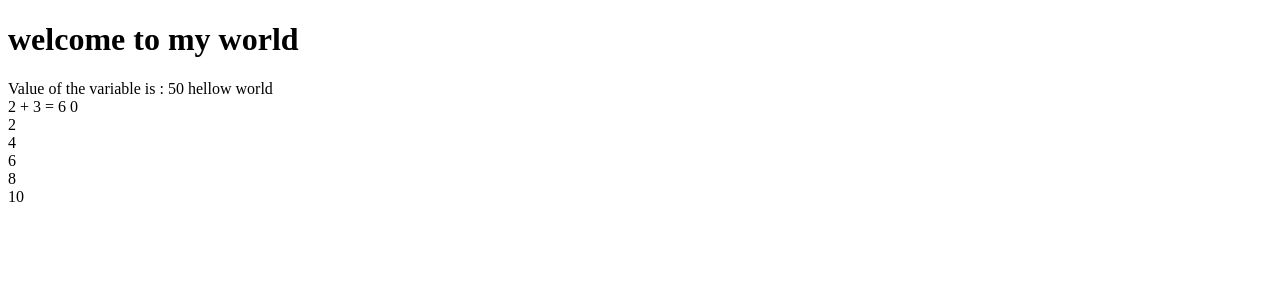
Repository: JeongYT/JSP
Page: http://localhost/jspproject/test1.jsp
These files come from the project's save history. The page is drawn as it stood at one moment and after the next save; the edit follows.
The browser window is 1280 px wide. The pictures show the whole page.
The page is served by Tomcat 9.

Above is the page before, as saved 2023-07-06 02:28:48.

### jspproject/src/main/webapp/test1.jsp
<%@ page language="java" contentType="text/html; charset=EUC-KR"
    pageEncoding="EUC-KR"%>
<!DOCTYPE html>
<html>
<head>
<meta charset="EUC-KR">
<title>Insert title here</title>
</head>
<body>
	<h1>welcome to my world</h1>
	<%! int data = 50; %>
	<%
		out.println("Value of the variable is : " + data);
	%>
	<%!
		String makeItLower(String data) {
			return data.toLowerCase();
		}
	%>
	<%
		out.println(makeItLower("Hellow World") + "<br>");
		System.out.println("콘솔로 출력하기");
	%>
	<%
		int a=2;
		int b=4;
		int sum=a+b;
		out.print("2 + 3 = " + sum);
	%>
	<%
		for(int i=0; i<=10; i++){
			if(i % 2 == 0)
				out.println(i + "<br>");
		}
	%>
</body>
</html>

After the next save:
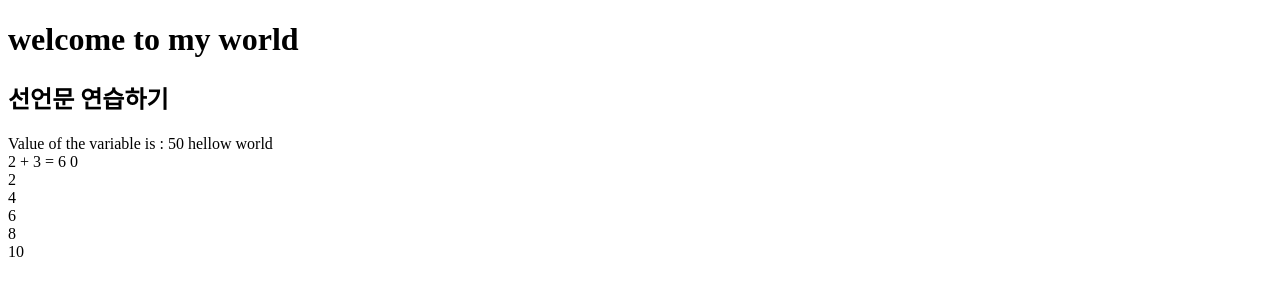
Saved 34 s later.
--- a/jspproject/src/main/webapp/test1.jsp
+++ b/jspproject/src/main/webapp/test1.jsp
@@ -8,6 +8,7 @@
 </head>
 <body>
 	<h1>welcome to my world</h1>
+	<h2>선언문 연습하기</h2>
 	<%! int data = 50; %>
 	<%
 		out.println("Value of the variable is : " + data);
